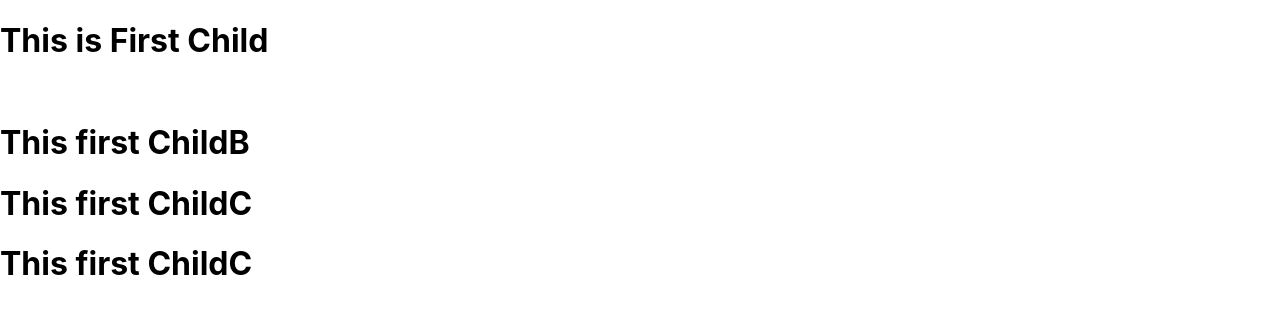
Repository: OmniaRafat232111121/Contextapp
Page: /
An editor plug-in stored every save of this project. The page is shown before and after a run of saves, followed by the edit.
The browser window is 1280 px wide. The pictures show the whole page.
The project was rebuilt for these pictures with package versions that can differ from the ones it lists, and the page was loaded fresh each time.

Above is the page before, as saved 2022-11-06 13:24:15.

After the next 6 saves:
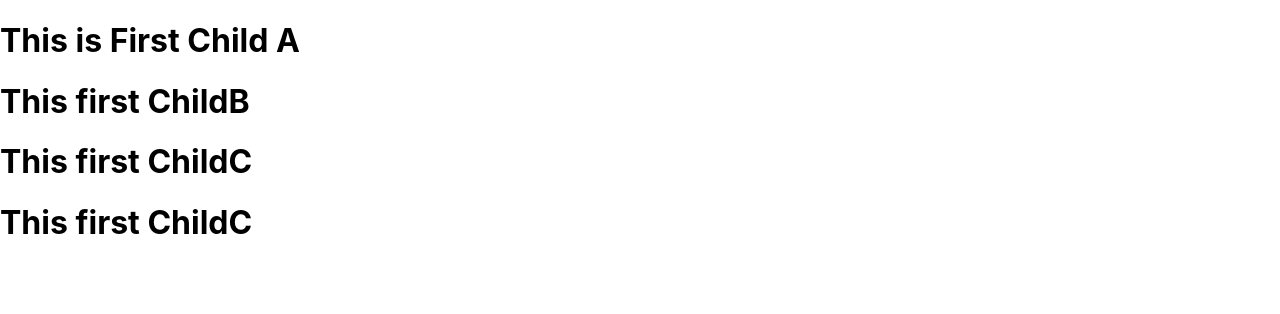
The 6 saves are shown as one change because they came seconds apart.
The last was saved 16 s later.
--- a/src/components/ChildA.jsx
+++ b/src/components/ChildA.jsx
@@ -3,9 +3,7 @@ import React from 'react'
 const ChildA = ({fName,lName}) => {
   return (
     <div>
-          <h1>This is First Child</h1>
-          <br />
-
+          <h1>This is First Child A</h1>
     </div>
   )
 }
